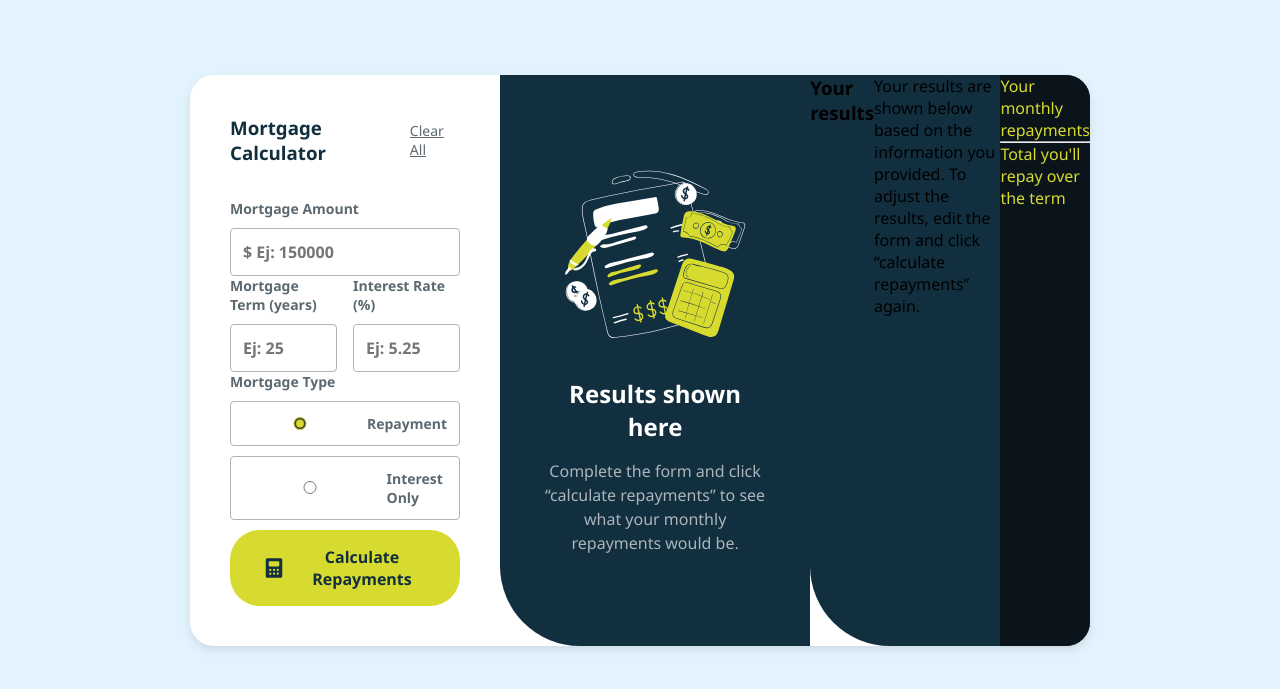
Repository: GravielPV/Mortgage-repayment-calculator
Page: index.html
The author's editor kept a copy of each file at every save. The page is drawn from the files as they stood at one save, then again after the next save.
The browser window is 1280 px wide. The pictures show the whole page.

Above is the page before, as saved 2025-12-14 15:10:35.

After the next save:
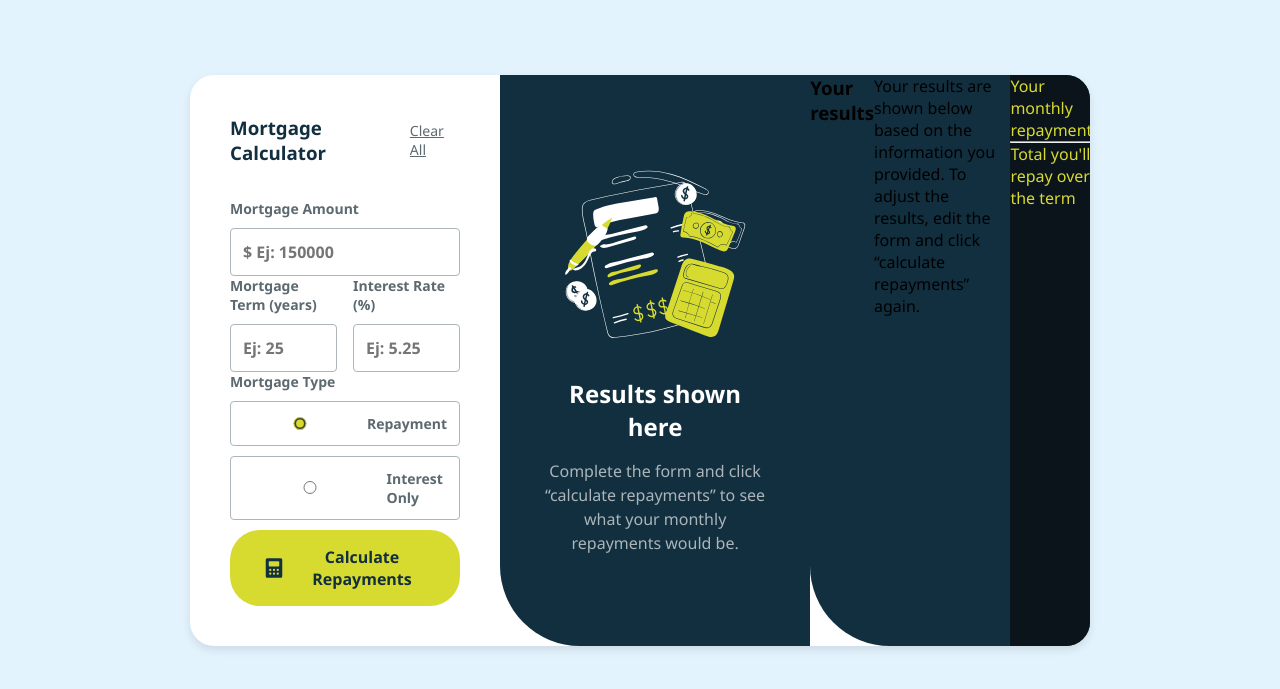
Saved 4 s later.
--- a/styles.css
+++ b/styles.css
@@ -198,7 +198,7 @@ button:hover {
     color: hsl(61, 70%, 52%);
     width: 80%;
     position: relative;
-    left: 10;
+    left: 10px;
 
 
 }
